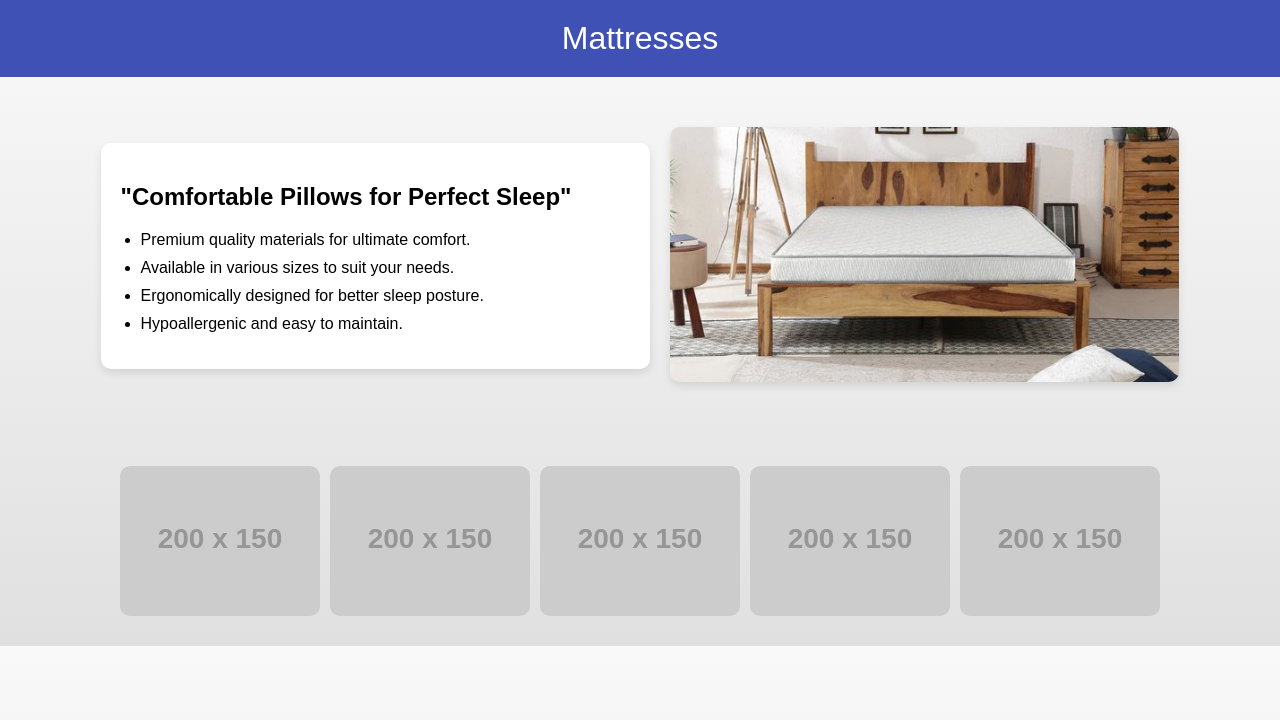
Repository: nadafgroup/rashidgadiUI
Page: src/pillow.html
An editor plug-in stored every save of this project. The page is shown before and after the next save, followed by the edit.
The browser window is 1280 px wide. The pictures show the whole page.

Above is the page before, as saved 2025-01-23 15:23:57.

After the next save:
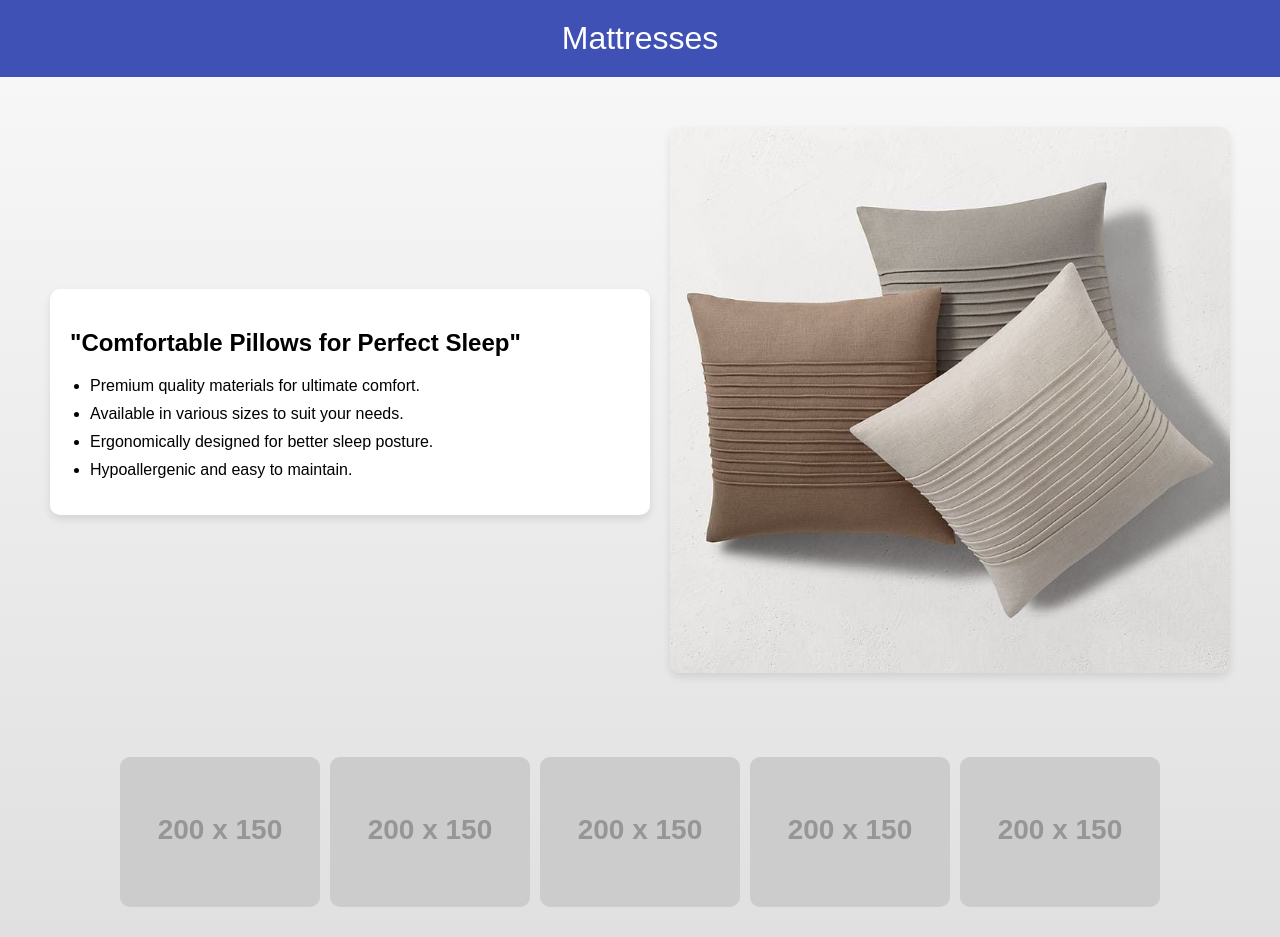
Saved 107 s later.
--- a/src/pillow.html
+++ b/src/pillow.html
@@ -22,7 +22,7 @@
         </div>
 
         <div class="image-container">
-            <img src="../../assets/img/Mattresses.jpg" alt="Mattress">
+            <img src="../assets/img/pillow.jpg" alt="Mattress">
         </div>
     </div>
 
